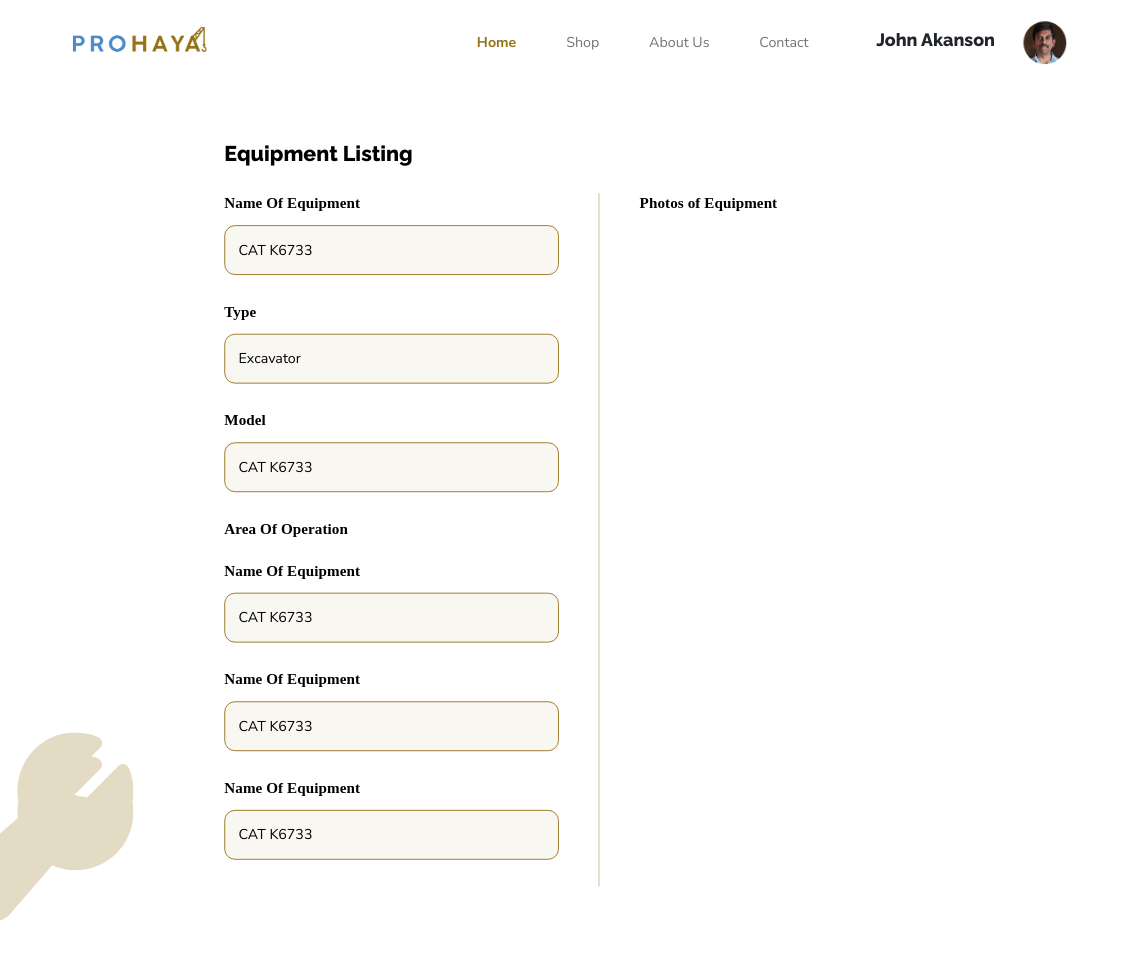
Repository: stormcelltech/Prohaya-UI
Page: Prohaya-UI/equipment_listing.html
The author's editor kept a copy of each file at every save. The page is drawn from the files as they stood at one save, then again after the next save.
The browser window is 1280 px wide. The pictures show the whole page, at 89% of full size.
Some web libraries are served in a nearby version.

Above is the page before, as saved 2022-04-14 03:00:05.
Console error: TypeError: $(...).owlCarousel is not a function

After the next save:
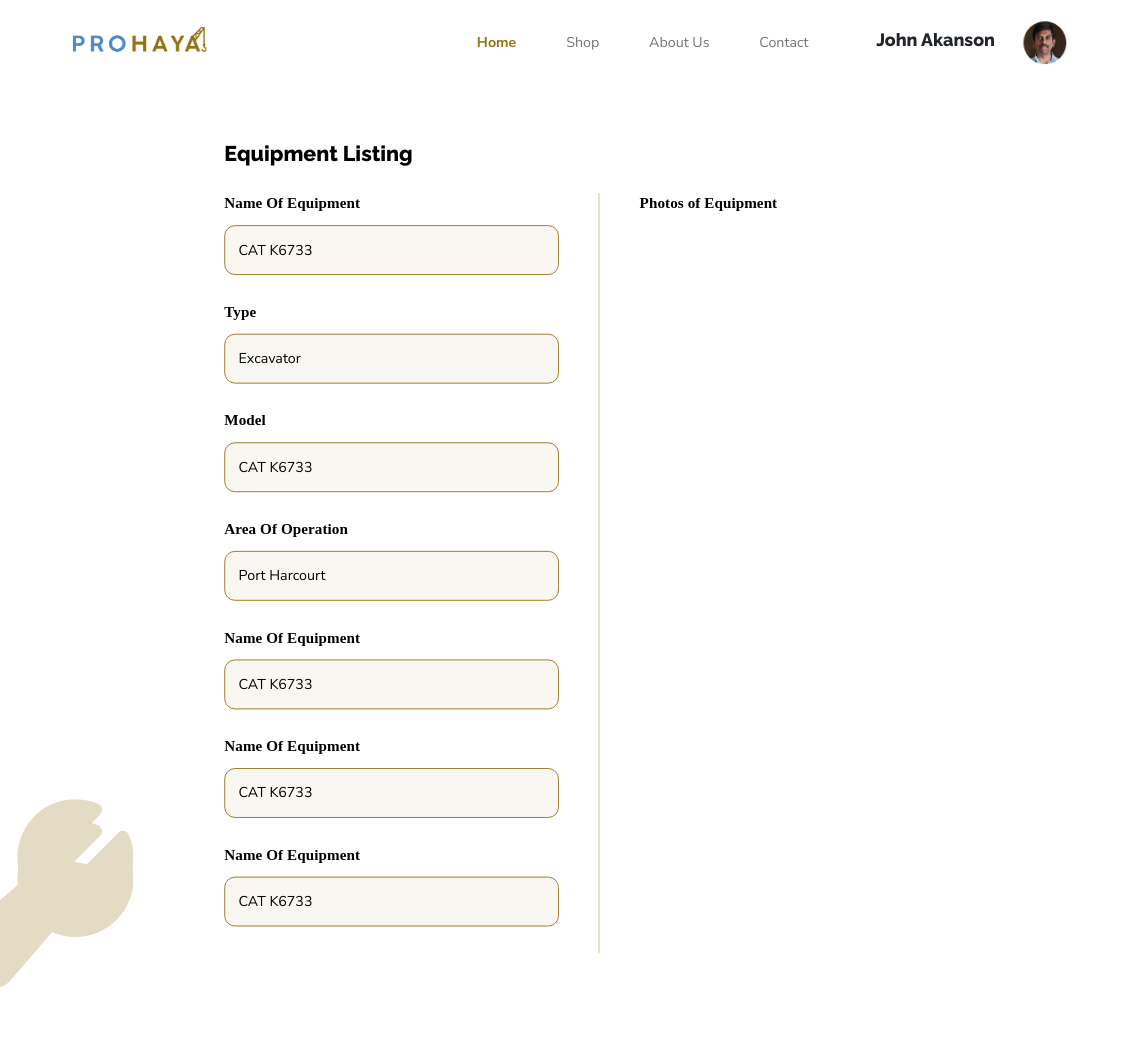
Saved 19 min 37 s later.
--- a/Prohaya-UI/equipment_listing.html
+++ b/Prohaya-UI/equipment_listing.html
@@ -78,12 +78,7 @@
                             </div>
                             <div class="mb-3">
                                 <label for="exampleFormControlInput1" class="form-label custom-labels">Area Of Operation</label>
-                                <!-- <input type="text" class="form-control custom-input" id="exampleFormControlInput1" placeholder="Port Harcourt"> -->
-                                <ul class="dropdown-menu" aria-labelledby="dropdownMenuButton1">
-                                    <li><a class="dropdown-item" href="#">Action</a></li>
-                                    <li><a class="dropdown-item" href="#">Another action</a></li>
-                                    <li><a class="dropdown-item" href="#">Something else here</a></li>
-                                  </ul>
+                                <input type="text" class="form-control custom-input" id="exampleFormControlInput1" placeholder="Port Harcourt">
                             </div>
                             <div class="mb-3">
                                 <label for="exampleFormControlInput1" class="form-label custom-labels">Name Of Equipment</label>
